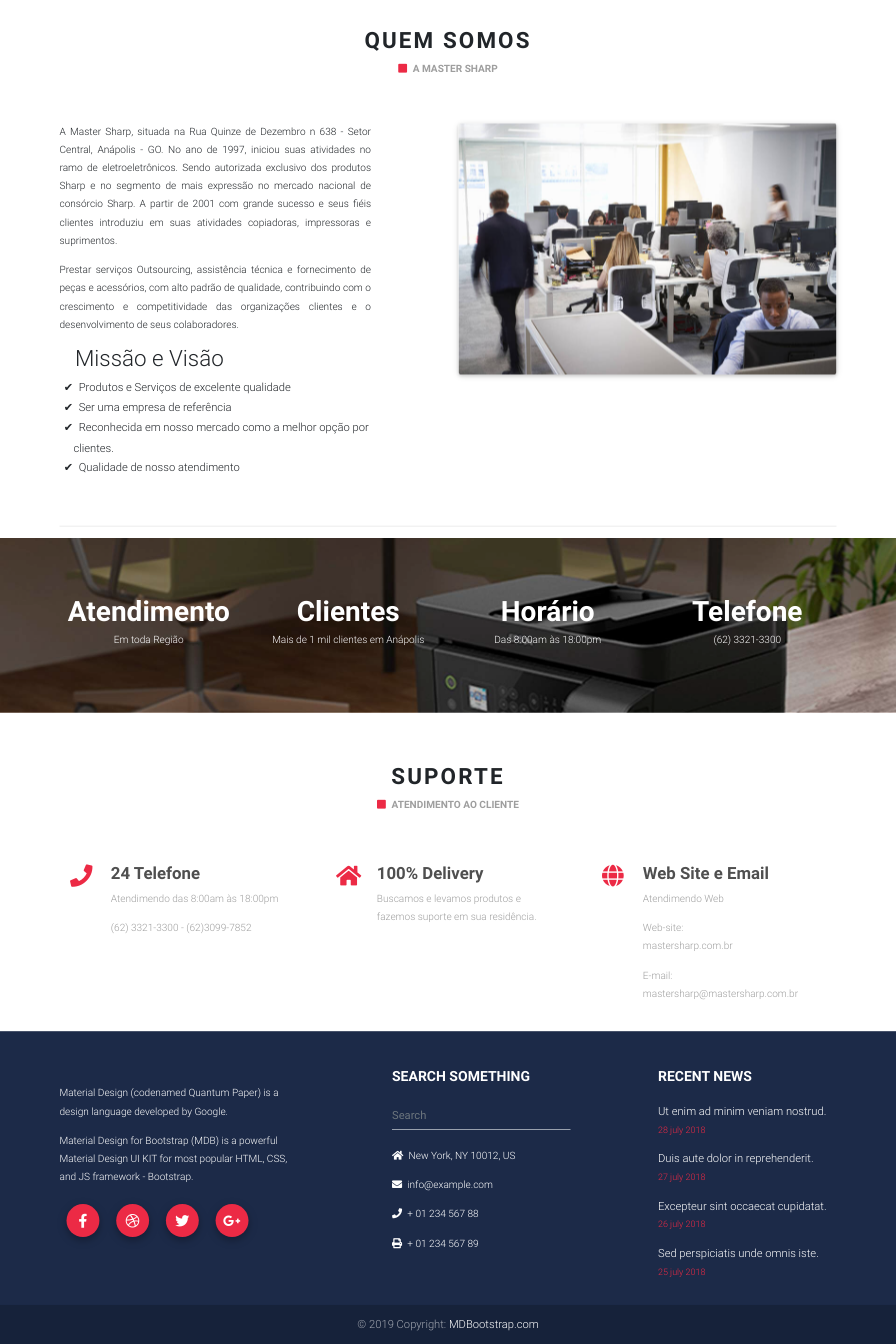
Repository: SalomaoMiguel/mastshap
Page: html/index.html
These files come from the project's save history. The page is drawn as it stood at one moment and after a run of saves; the edit follows.
The browser window is 1280 px wide. The pictures show the part of the page from y = 1373 to 3293 px (the page is 3293 px tall), at 70% of full size.
Some web libraries are served in a nearby version.

Above is the page before, as saved 2021-02-17 15:27:13.

### html/index.html
<!DOCTYPE html>
<html lang="pt-br">

<head>
  <meta charset="utf-8">
  <meta name="viewport" content="width=device-width, initial-scale=1, shrink-to-fit=no">
  <meta http-equiv="x-ua-compatible" content="ie=edge">
  <title>Master Sharp</title>
  <!-- Font Awesome -->
  <link rel="stylesheet" href="https://use.fontawesome.com/releases/v5.8.2/css/all.css">
  <!-- Bootstrap core CSS -->
  <link href="../css/bootstrap.min.css" rel="stylesheet">
  <!-- Material Design Bootstrap -->
  <link href="../css/mdb.min.css" rel="stylesheet">
  <style>
    html,
        body,
        header,
        .jarallax {
          height: 100%;
        }

        @media (min-width: 560px) and (max-width: 740px) {
          html,
          body,
          header,
          .jarallax {
            height: 500px;
          }
        }

        @media (min-width: 800px) and (max-width: 850px) {
            html,
            body,
            header,
            .jarallax {
              height: 600px;
            }
        }

        @media (min-width: 800px) and (max-width: 850px) {
            .navbar:not(.top-nav-collapse) {
                background: #24355c!important;
            }
            .navbar {
              box-shadow: 0 2px 5px 0 rgba(0,0,0,.16), 0 2px 10px 0 rgba(0,0,0,.12) !important;
            }
        }
    </style>
</head>

<body class="intro-page transport-lp">

  <!--Navigation & Intro-->
  <header>

    <!--Navbar-->
    <nav class="navbar fixed-top navbar-expand-lg navbar-dark scrolling-navbar" style="background-color: #f7f7f7!important;">
      <div class="container">
        <a class="navbar-brand" href="#"><img src="../imga/logo/logomastersharp.png" class="img-fluid  " alt="My photo"></a>
        <button class="navbar-toggler" type="button" data-toggle="collapse" data-target="#navbarSupportedContent"
          aria-controls="navbarSupportedContent" aria-expanded="false" aria-label="Toggle navigation">
          <span class="navbar-toggler-icon"></span>
        </button>
        <div class="collapse navbar-collapse " id="navbarSupportedContent">
          <!--Links-->
          <ul class="navbar-nav mr-auto ml-auto smooth-scroll ">
            <li class="nav-item">
              <a class="nav-link text-muted" href="#home">Início <span class="sr-only">(current)</span></a>
            </li>

            <li class="nav-item">
              <a class="nav-link text-muted" href="#about" data-offset="100">Quem Somos</a>
            </li>
            <li class="nav-item">
              <a class="nav-link text-muted" href="#services" data-offset="30">Soluções</a>
            </li>
            <li class="nav-item">
              <a class="nav-link text-muted" href="#features" data-offset="100">Parceiros</a>
            </li>
            <li class="nav-item">
              <a class="nav-link text-muted" href="#suport" data-offset="100">Suporte</a>
            </li>
            <li class="nav-item">
              <a class="nav-link text-muted" href="#contact" data-offset="30">Contato</a>
            </li>
          </ul>

          <!--Social Icons-->
          <ul class="navbar-nav nav-flex-icons">
            <li class="nav-item">
              <a class="nav-link" href="https://api.whatsapp.com/send?phone=5562991729598&#038;text=Gostaria de informações sobre a Master Sharp" target="_blank" rel="noopener noreferrer"><i class="fab fa-whatsapp text-success"> (62) 99172-9598</i></a>
            </li>
            <li class="nav-item">
              <a class="nav-link" href="https://api.whatsapp.com/send?phone=5562993291564&#038;text=Gostaria de informações sobre a Master Sharp" target="_blank" rel="noopener noreferrer" ><i class="fab fa-whatsapp text-success"> (62) 99329-1564</i></a>
            </li>
          </ul>
        </div>
      </div>
    </nav>
    <!--/Navbar-->

    <!-- Intro Section -->
    <div id="home" class="view jarallax" data-jarallax='{"speed": 0.2}' style="background-image: url('../imga/back/impressorapeople.png'); background-repeat: no-repeat; background-size: cover; background-position: center center;">
      <div class="mask rgba-black-light">
        <div class="container h-100 d-flex justify-content-center align-items-center">
          <div class="row smooth-scroll">
            <div class="col-md-12 white-text text-center">
              <div class="wow fadeInDown" data-wow-delay="0.2s">
                <h1 class="display-4 text-uppercase rgba-black-light px-3 py-2"><strong class="font-weight-bold">Master Sharp sempre inovando.</strong></h1>
                <h5 class="white-text mt-5"></h5>
                <h2 class="white-text text-uppercase h2-responsive font-weight-bold mb-5 mt-4"> Oferecendo assim a melhor solução para redução de custos.</h2>
                <a href="https://api.whatsapp.com/send?phone=5562993291564&#038;text=Gostaria de informações sobre a Master Sharp" target="_blank" rel="noopener noreferrer" data-offset="100" class="btn btn-success btn-rounded"><i class="fab fa-whatsapp text-white" style="font-size: 18px;"> <span class="text-white"> </span></i> &nbsp; Fale conosco</a>
              </div>
            </div>
          </div>
        </div>
      </div>
    </div>

  </header>
  <!--/Navigation & Intro-->

  <!--Main content-->
  <main>

    <!--First container-->
    <div class="container-fluid background-z">
      <div class="container">

        <!--Section: Possibilities-->
        <section class="py-4">

          <!--Secion heading-->
          <h2 id="services" class="text-center text-uppercase font-weight-bold mt-5 pt-4 spacing wow fadeIn" data-wow-delay="0.2s"><strong>Soluções</strong></h2>

          <!--Section description-->
          <p class="text-center text-uppercase font-weight-bold grey-text mb-5 pb-3 wow fadeIn" data-wow-delay="0.2s"><i
              class="fas fa-square red-text-2 mr-2" aria-hidden="true"></i> Nossos Serviços</p>

          <!--First row-->
          <div class="row mb-5 wow fadeIn" data-wow-delay="0.4s">

            <div class="col-lg-3 col-md-6 text-center pt-1">
              <div class="icon-area">
                <div class="circle-icon">
                  <i class="fas fa-print"></i>
                </div>
                <br>
                <strong>Locação de Impressoras</strong>
                <p>Soluções Corporativas em impressão e cópias..</p>
              </div>
            </div>

            <div class="col-lg-3 col-md-6 text-center pt-1">
              <div class="icon-area">
                <div class="circle-icon">
                  <i class="fas fa-print"></i>
                </div>
                <br>
                <strong>Manutenção de Impressoras</strong>
                <p>Equipe de Assistência Técnica altamente qualificada, jovem mas competente e com vasta experiência no seu segmento de atuação.</p>
              </div>
            </div>

            <div class="col-lg-3 col-md-6 text-center pt-1">
              <div class="icon-area">
                <div class="circle-icon">
                  <i class="fas fa-print"></i>
                </div>
                <br>
                <strong>Toners e Recargas</strong>
                <p>Somos especializados em recarga de toners. Oferecemos a sua empresa um serviço de qualidade por um preço acessível.</p>
              </div>
            </div>

            <div class="col-lg-3 col-md-6 text-center pt-1">
              <div class="icon-area">
                <div class="circle-icon">
                  <i class="fas fa-print"></i>
                </div>
                <br>
                <strong>Vendas de Impressoras</strong>
                <p>Sharp, Brother, Samsung, Ricoh, HP, Epson e muito mais. Impressoras de varios modelos.</p>
              </div>
            </div>

          </div>
          <!--/First row-->

        </section>
        <!--/Section: Possibilities-->

      </div>
    </div>
    <!--/First container-->

    <!--Second container-->
    <div class="container">

      <!--Section: About-->
      <section id="about" class="about my-5">

        <!--Secion heading-->
        <h2 class="text-center text-uppercase font-weight-bold mt-5 pt-4 pt-4 spacing wow fadeIn" data-wow-delay="0.2s"><strong>Quem Somos</strong></h2>

        <!--Section description-->
        <p class="text-center text-uppercase font-weight-bold grey-text mb-5 pb-3 wow fadeIn" data-wow-delay="0.2s"><i
            class="fas fa-square red-text-2 mr-2" aria-hidden="true"></i>A Master Sharp</p>

        <!--First row-->
        <div class="row">

          <!--First column column-->
          <div class="col-xl-5 col-lg-6 pb-1 wow fadeIn" data-wow-delay="0.4s">

            <!--Description-->
            <p align="justify">A Master Sharp, situada na Rua Quinze de Dezembro n 638 - Setor Central, Anápolis - GO. No ano de 1997, iniciou suas atividades no ramo de eletroeletrônicos. Sendo autorizada exclusivo dos produtos Sharp e no segmento de mais expressão no mercado nacional de consórcio Sharp. A partir de 2001 com grande sucesso e seus fiéis clientes introduziu em suas atividades copiadoras, impressoras e suprimentos.
            </p>

            <p align="justify">Prestar serviços Outsourcing, assistência técnica e fornecimento de peças e acessórios, com alto padrão de qualidade, contribuindo com o crescimento e competitividade das organizações clientes e o desenvolvimento de seus colaboradores.</p>

            <ul>
              <h2> Missão e Visão</h2>
              <li>Produtos e Serviços de excelente qualidade</li>
              <li>Ser uma empresa de referência</li>
              <li>Reconhecida em nosso mercado como a melhor opção por clientes.</li>
              <li>Qualidade de nosso atendimento</li>
            </ul>

          </div>
          <!--/First column-->

          <!--Column column-->
          <div class="col-xl-6 ml-lg-auto col-lg-6 mb-5 wow fadeIn" data-wow-delay="0.4s">

            <!--Image-->
            <img src="../imga/back/officess.jpg" class="img-fluid rounded z-depth-1"
              alt="My photo">

          </div>
          <!--/Column column-->

        </div>
        <!--/First row-->

      </section>
      <!--/Section: About-->

      <hr>

      <!--Section: Services-->

      <!--/Section: Services-->

    </div>
    <!--/Second container-->

    <!--Streak-->
    <div class="streak streak-photo" style="background-image:url('../imga/back/epson.jpg')">
      <div class="mask flex-center rgba-black-light">
        <div class="container">

          <!--First row -->
          <div class="row text-white text-center wow fadeIn" data-wow-delay="0.2s">

            <!--First column -->
            <div class="col-md-3 mb-2">
              <h1 class="white-text mb-1 font-weight-bold"><strong>Atendimento</strong></h1>
              <p>Em toda Região</p>
            </div>
            <!-- First column -->

            <!--Second column -->
            <div class="col-md-3 mb-2">
              <h1 class="white-text mb-1 font-weight-bold"><strong>Clientes</strong></h1>
              <p>Mais de 1 mil clientes em Anápolis</p>
            </div>
            <!-- Second column -->

            <!--Third column -->
            <div class="col-md-3 mb-2">
              <h1 class="white-text mb-1 font-weight-bold"><strong>Horário</strong></h1>
              <p>Das 8:00am às 18:00pm</p>
            </div>
            <!-- Third column -->

            <!--Fourth column -->
            <div class="col-md-3">
              <h1 class="white-text mb-1 font-weight-bold"><strong>Telefone</strong></h1>
              <p>(62) 3321-3300</p>
            </div>
            <!-- Fourth column -->

          </div>
          <!-- First row -->
        </div>
      </div>
    </div>
    <!--/Streak-->

    <!--Third container-->
    <div class="container">

      <!--Section: Features v.4-->
      <section id="suport" class="feature-box">

        <!--Secion heading-->
        <h2 class="text-center text-uppercase font-weight-bold mt-5 pt-4 spacing wow fadeIn" data-wow-delay="0.2s"><strong>Suporte</strong></h2>

        <!--Section description-->
        <p class="text-center text-uppercase font-weight-bold grey-text mb-5 wow fadeIn" data-wow-delay="0.2s"><i class="fas fa-square red-text-2 mr-2"
            aria-hidden="true"></i>Atendimento ao cliente</p>

        <!--Grid row-->
        <div class="row features-small pt-4">

          <!--Grid column-->
          <div class="col-md-4 mb-4">
            <div class="col-1 col-md-2 float-left">
              <i class="fas fa-phone red-text-2 fa-2x"></i>
            </div>
            <div class="col-10 col-md-9 col-lg-10 float-right">
              <h4 class="font-weight-bold dark-grey-text">24 Telefone </h4>
              <p class="grey-text"> Atendimendo das 8:00am às 18:00pm</p>
              <p class="grey-text"> (62) 3321-3300 - (62)3099-7852</p>
            </div>
          </div>
          <!--Grid column-->

          <!--Grid column-->
          <div class="col-md-4 mb-4">
            <div class="col-1 col-md-2 float-left">
              <i class="fas fa-home red-text-2 fa-2x"></i>
            </div>
            <div class="col-10 col-md-9 col-lg-10 float-right">
              <h4 class="font-weight-bold dark-grey-text">100% Delivery</h4>
              <p class="grey-text"> Buscamos e levamos produtos e fazemos suporte em sua residência.</p>
            </div>
          </div>
          <!--Grid column-->

          <!--Grid column-->
          <div class="col-md-4 mb-4">
            <div class="col-1 col-md-2 float-left">
              <i class="fas fa-globe red-text-2 fa-2x"></i>
            </div>
            <div class="col-10 col-md-9 col-lg-10 float-right">
              <h4 class="font-weight-bold dark-grey-text">Web Site e  Email</h4>
              <p class="grey-text">Atendimendo Web</p>
              <p class="grey-text">Web-site:&emsp;&emsp;&emsp;&emsp;&emsp;&emsp;mastersharp.com.br</p>
              <p class="grey-text">E-mail: mastersharp@mastersharp.com.br</p>
            </div>
          </div>
          <!--Grid column-->

        </div>
        <!--Grid row-->

      </section>
      <!--/Section: Features v.4-->

    </div>
    <!--/Third container-->

    <!--Fourth container-->

    <!--/Fourth container-->

    <!--Fifth container-->

    <!--/Fifth container-->

  </main>
  <!--/Main content-->

  <!--Footer-->
  <footer class="page-footer mdb-color darken-3 text-center text-md-left pt-5">

    <!--Footer Links-->
    <div class="container mb-3">

      <!--First row-->
      <div class="row">

        <!--First column-->
        <div id="contact" class="col-md-4 mt-1 mb-1 wow fadeIn" data-wow-delay="0.3s" >
          <!--About-->
          <h5 class="title mb-4 font-weight-bold"></h5>

          <p>Material Design (codenamed Quantum Paper) is a design language developed by Google.</p>

          <p>Material Design for Bootstrap (MDB) is a powerful Material Design UI KIT for most popular HTML, CSS,
            and JS framework - Bootstrap.</p>
          <!--/About -->

          <div class="footer-socials mt-2">

            <!--Facebook-->
            <a type="button" class="btn-floating  btn-danger-2"><i class="fab fa-facebook-f"></i></a>
            <!--Dribbble-->
            <a type="button" class="btn-floating  btn-danger-2"><i class="fab fa-dribbble"></i></a>
            <!--Twitter-->
            <a type="button" class="btn-floating  btn-danger-2"><i class="fab fa-twitter"></i></a>
            <!--Google +-->
            <a type="button" class="btn-floating  btn-danger-2"><i class="fab fa-google-plus-g"></i></a>

          </div>
        </div>
        <!--/First column-->

        <hr class="w-100 clearfix d-md-none">

        <!--Second column-->
        <div class="col-lg-3 ml-lg-auto col-md-4 mt-1 mb-1 wow fadeIn" data-wow-delay="0.3s">
          <!--Search-->
          <h5 class="text-uppercase mb-4 font-weight-bold">Search something</h5>

          <ul class="footer-search list-unstyled">
            <li>
              <form class="search-form" role="search">
                <div class="md-form">
                  <input type="text" class="form-control" placeholder="Search">
                </div>
              </form>
            </li>
          </ul>

          <!--Info-->
          <p><i class="fas fa-home pr-1"></i> New York, NY 10012, US</p>
          <p><i class="fas fa-envelope pr-1"></i> info@example.com</p>
          <p><i class="fas fa-phone pr-1"></i> + 01 234 567 88</p>
          <p><i class="fas fa-print pr-1"></i> + 01 234 567 89</p>

        </div>
        <!--/Second column-->

        <hr class="w-100 clearfix d-md-none">

        <!--Third column-->
        <div class="col-lg-3 ml-lg-auto col-md-4 mt-1 mb-1 wow fadeIn" data-wow-delay="0.3s">
          <!--Contact-->
          <h5 class="text-uppercase mb-4 font-weight-bold">Recent news</h5>

          <ul class="footer-posts list-unstyled">
            <li><a>Ut enim ad minim veniam nostrud.</a><span>
                <p class="red-text-2 font-small">28 july 2018</p>
              </span></li>
            <li><a>Duis aute dolor in reprehenderit.</a><span>
                <p class="red-text-2 font-small">27 july 2018</p>
              </span></li>
            <li><a>Excepteur sint occaecat cupidatat.</a><span>
                <p class="red-text-2 font-small">26 july 2018</p>
              </span></li>
            <li><a>Sed perspiciatis unde omnis iste.</a><span>
                <p class="red-text-2 font-small">25 july 2018</p>
              </span></li>
          </ul>

        </div>
        <!--/Third column-->

      </div>
      <!--/First row-->

    </div>
    <!--/Footer Links-->

    <!--Copyright-->
    <div class="footer-copyright py-3 text-center">
      <div class="container-fluid">
        © 2019 Copyright: <a href="https://mdbootstrap.com/education/bootstrap/" target="_blank"> MDBootstrap.com </a>
      </div>
    </div>
    <!--/Copyright-->

  </footer>
  <!--/Footer-->


  <!-- SCRIPTS -->

  <!-- JQuery -->
  <script type="text/javascript" src="../js/jquery-3.4.1.min.js"></script>

  <!-- Bootstrap tooltips -->
  <script type="text/javascript" src="../js/popper.min.js"></script>

  <!-- Bootstrap core JavaScript -->
  <script type="text/javascript" src="../js/bootstrap.min.js"></script>

  <!-- MDB core JavaScript -->
  <script type="text/javascript" src="../js/mdb.min.js"></script>

  <script>
    //Animation init
    new WOW().init();

  </script>

</body>

</html>

Loaded but not shown: css/bootstrap.min.css (library); css/mdb.min.css (library); js/jquery-3.4.1.min.js (library); js/popper.min.js (library); js/bootstrap.min.js (library); js/mdb.min.js (library)

After the next 2 saves:
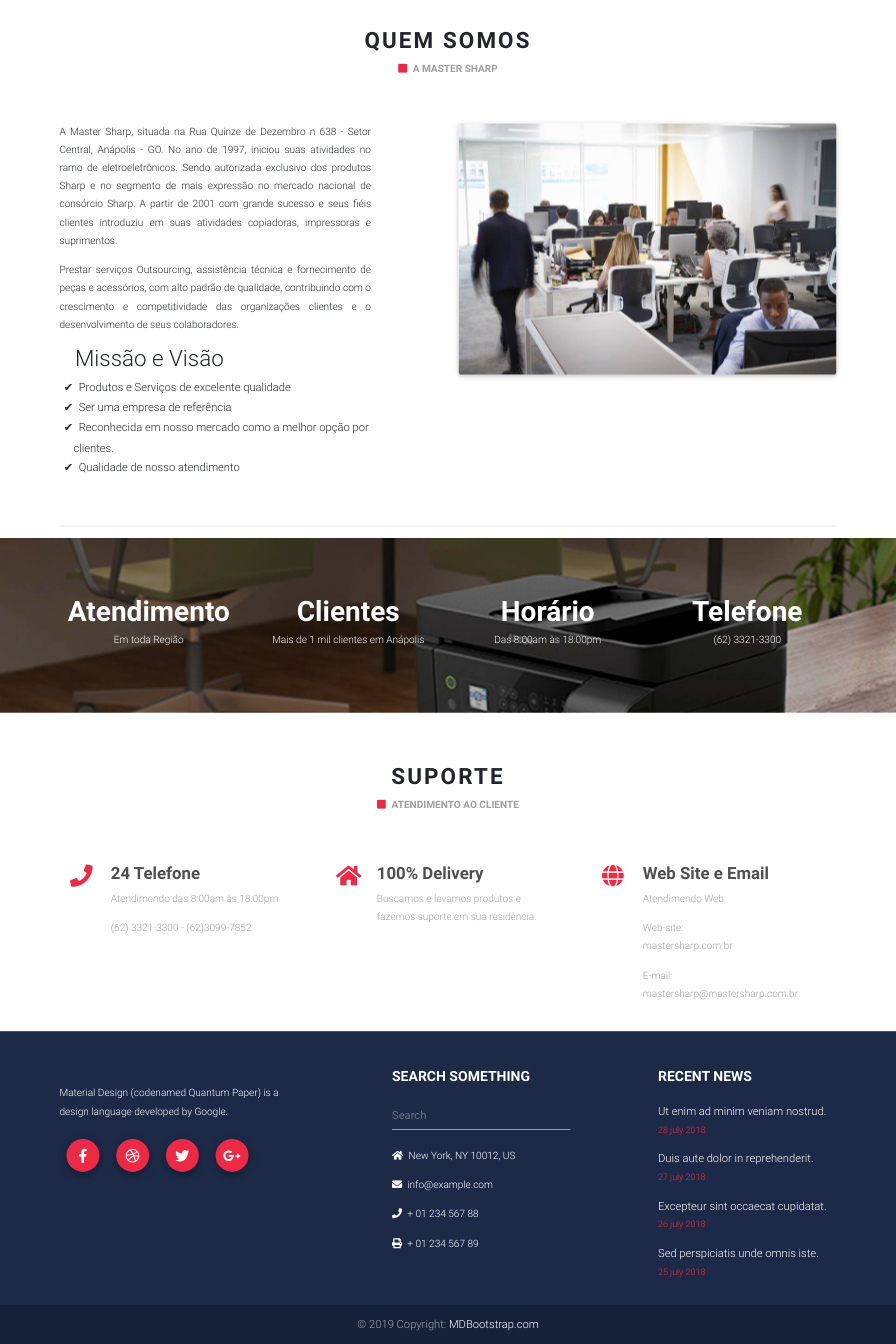
The 2 saves are shown as one change because they came seconds apart.
The last was saved 9 s later.
--- a/html/index.html
+++ b/html/index.html
@@ -390,8 +390,7 @@
 
           <p>Material Design (codenamed Quantum Paper) is a design language developed by Google.</p>
 
-          <p>Material Design for Bootstrap (MDB) is a powerful Material Design UI KIT for most popular HTML, CSS,
-            and JS framework - Bootstrap.</p>
+          <p></p>
           <!--/About -->
 
           <div class="footer-socials mt-2">
